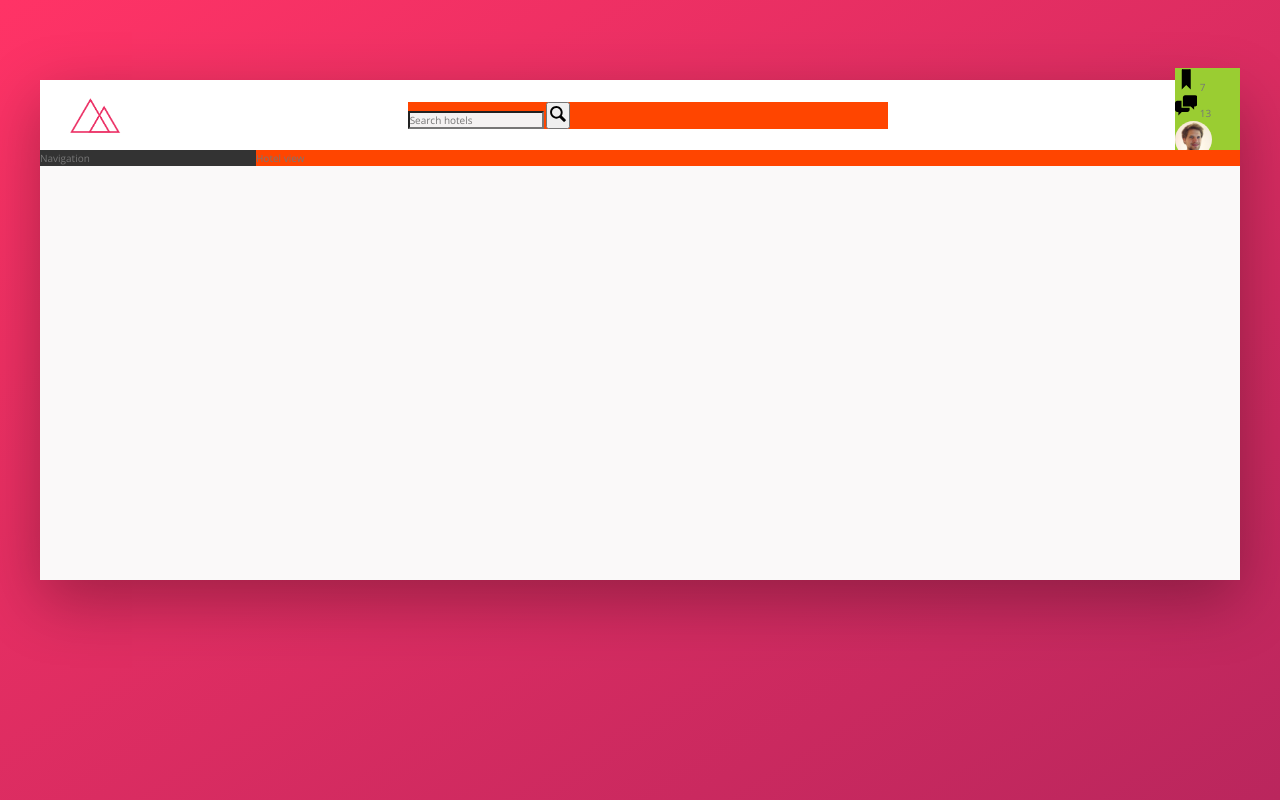
Repository: MalgorzataMazur/Trillo
Page: index.html
An editor plug-in stored every save of this project. The page is shown before and after the next save, followed by the edit.
The browser window is 1280 px wide. The pictures show the whole page.
The style sheet was rebuilt from its Sass, Less or Tailwind sources for each picture, by a compiler version that may differ from the author's.

Above is the page before, as saved 2020-03-26 11:49:01.

### index.html
<!DOCTYPE html>
<html lang="en">
    <head>
        <meta charset="UTF-8">
        <meta name="viewport" content="width=device-width, initial-scale=1.0">

        <link href="https://fonts.googleapis.com/css?family=Open+Sans:300,400,600" rel="stylesheet">
        <link rel="stylesheet" href="css/style.css">
        <link rel="shortcut icon" type="image/png" href="img/favicon.png">

        <title>trillo &mdash; Your all-in-one booking app</title>
    </head>
    <body>
        <div class="container">
            <header class="header">
                <img src="img/logo.png" alt="trillo logo" class="logo">

                <form action="#" class="search">
                    <input type="text" class="search__input" placeholder="Search hotels">
                    <button class="search__button">
                        <svg class="search__icon">
                            <use xlink:href="img/sprite.svg#icon-magnifying-glass"></use> <!--include svg -->
                        </svg>
                    </button>
                </form>

                <nav class="user-nav">
                    <div class="user-nav__icon-box">
                        <svg class="user-nav__icon">
                            <use xlink:href="img/sprite.svg#icon-bookmark"></use>
                        </svg>
                        <span class="user-nav__notification">7</span>
                    </div>
                    <div class="user-nav__icon-box">
                        <svg class="user-nav__icon">
                            <use xlink:href="img/sprite.svg#icon-chat"></use>
                        </svg>
                        <span class="user-nav__notification">13</span>
                    </div>
                    <div class="user-nav__user">
                        <img src="img/user.jpg" alt="User photo" class="user-nav__user-photo">
                        <span class="user-nav__user-name">Jonas</span>
                    </div>
                </nav>
            </header>
            <div class="content">
                <nav class="sidebar">
                    Navigation
                </nav>
                <main class="hotel-view">
                    Hotel view
                </main>
            </div>

        </div>
    </body>
</html>

### sass/_base.scss
//variable will be avuialable for entire documents here, global parent of elelemnt
:root { //root pseudoclass the same like ktml but higher specifity //css custom proiperties variables I use here define in declaration bloxk remember
    --color-primary: #eb2f64;
    --color-primary-light: #FF3366;
    --color-primary-dark: #BA265D;

    --color-grey-light-1: #faf9f9;
    --color-grey-light-2: #f4f2f2;
    --color-grey-light-3: #f0eeee;
    --color-grey-light-4: #ccc;

    --color-grey-dark-1: #333;
    --color-grey-dark-2: #777;
    --color-grey-dark-3: #999;

    --shadow-dark: 0 2rem 6rem rgba(0,0,0,.3);

}

* { //first global settings *,htm, body
    margin: 0;
    padding: 0;
}

*,
*::before,
*::after {
    box-sizing: inherit;
}

html {
    box-sizing: border-box;
    font-size: 62.5%; //1rem = 10px, 10px/16px = 62.5%
}

body {
    font-family: 'Open Sans', sans-serif;
    font-weight: 400;
    line-height: 1.6;
    color: var(--color-grey-dark-2);
    background-image: linear-gradient(to right bottom, var(--color-primary-light), var(--color-primary-dark)); //gradient from the left top cornet to right bottom corner
    background-size: cover;
    background-repeat: no-repeat; //default is repeat in css

    min-height: 100vh; //min height but if height can be bigger than that will be simply bigger
}

### sass/_layout.scss
.container {
    max-width: 120rem; //container can decrease if hasn't got enough enough space to display our 120rem,;inaczej 1200px i jesli mniej to zajmie 100% szerokosci portu
    margin: 8rem auto;
    background-color: var(--color-grey-light-1);
    box-shadow: var(--shadow-dark);

    min-height: 50rem;
}

.header {
    height: 7rem;
    background-color: #fff;
    border-bottom: var(--color-grey-light-2);

    display: flex; //cause it is parent element
    justify-content: space-between; // divide empty space between 3 elements
    align-items: center; //wzdłuż osi poprzecznej center
}

.content {
    display: flex;
}

.sidebar {
    background-color: var(--color-grey-dark-1);

    flex: 0 0 18%; //don't want to grow & shrink & we want 18% of width; automatic wil be
}

.hotel-view {
    background-color: #fff;
    background-color: orangered;

    flex: 1; //by using flex 1 element should grow as much as that can; na tyle ile ma przestrzeni
}

### sass/_components.scss
/////////////////////////////////
////LOGO
.logo {
    height: 3.5rem;
    margin-left: 3rem;
}


/////////////////////////////////
////SEARCH
.search {
    background-color:orangered;
    flex: 0 0 40%; //grow shrink occupy
    &__input {
        font-family: inherit;
        font-size: inherit;
        color: inherit;
        background-color: var(--color-grey-light-2);
    }

    &__button {

    }

    &__icon {
        height: 2rem;
        width: 2rem;
}
}

/////////////////////////////////
////USER NAVIGATION
.user-nav {
    background-color: yellowgreen;
    &__icon-box {

    }

    &__icon {
        height: 2.25rem;
        width: 2.25rem;
    }

    &__notification {

    }

    &__user {

    }

    &__user-photo {
        height: 3.75rem;
        border-radius: 50%;

    }

    &__user-name {

    }
}

Loaded but not shown: sass/main.scss (common file)

After the next save:
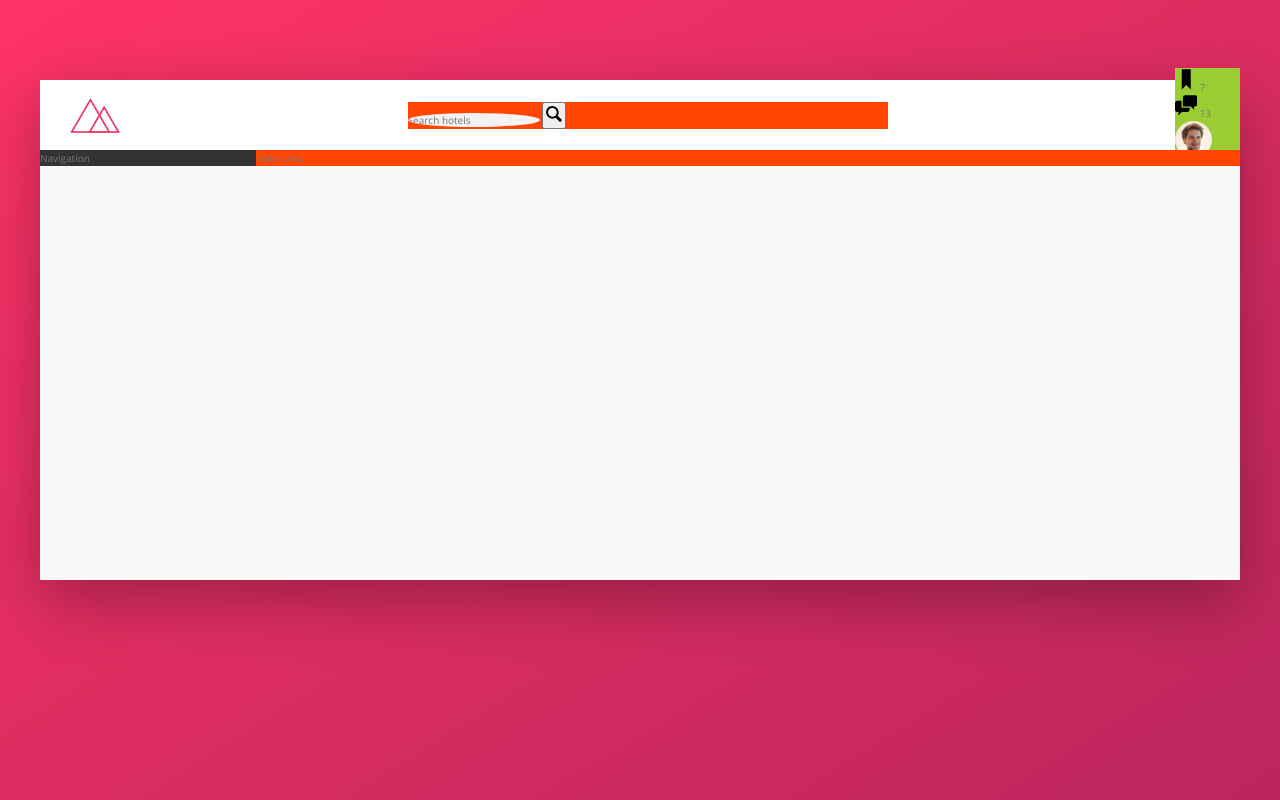
Saved 15 s later.
--- a/sass/_components.scss
+++ b/sass/_components.scss
@@ -16,6 +16,8 @@
         font-size: inherit;
         color: inherit;
         background-color: var(--color-grey-light-2);
+        border: none;
+        border-radius: 100%;;
     }
 
     &__button {
